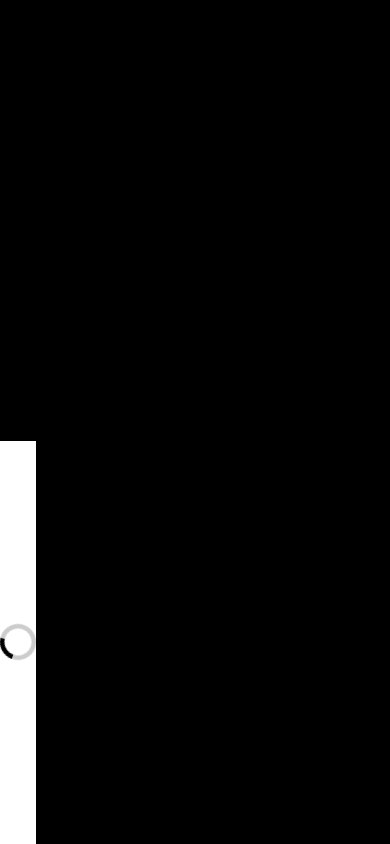
Repository: NewTurn2017/React-Native-Weather-App
Screen: /
The author's editor kept a copy of each file at every save. The screen is drawn from the files as they stood at one save, then again after the next save.
The app was drawn by React Native's web renderer in a window 390 px wide. The project was rebuilt for these pictures with package versions that can differ from the ones it lists, and the page was loaded fresh each time.

Above is the screen before, as saved 2023-04-21 13:36:27.

After the next save:
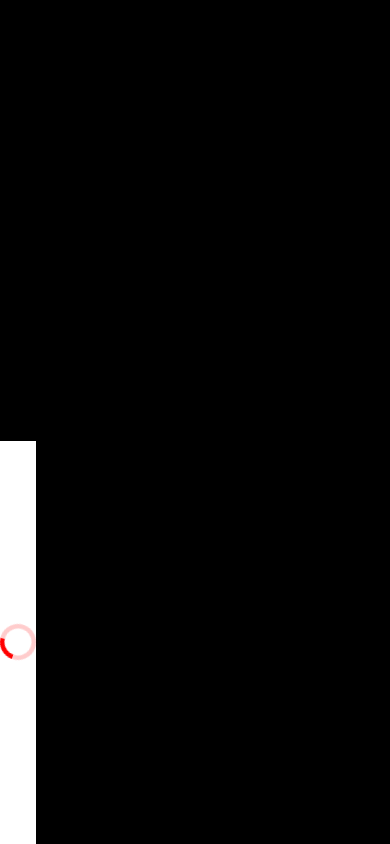
Saved 80 s later.
--- a/App.js
+++ b/App.js
@@ -95,7 +95,7 @@ export default function App() {
         contentContainerStyle={styles.weather}
       >
         {loading ? (
-          <ActivityIndicator size="large" color="black" />
+          <ActivityIndicator size="large" color="red" />
         ) : (
           weatherData.map((data) => (
             <View key={data.id} style={styles.day}>
@@ -168,4 +168,9 @@ const styles = StyleSheet.create({
     fontSize: 24,
     fontWeight: 'bold',
   },
+  loading: {
+    flex: 1,
+    justifyContent: 'center',
+    alignItems: 'center',
+  },
 })
